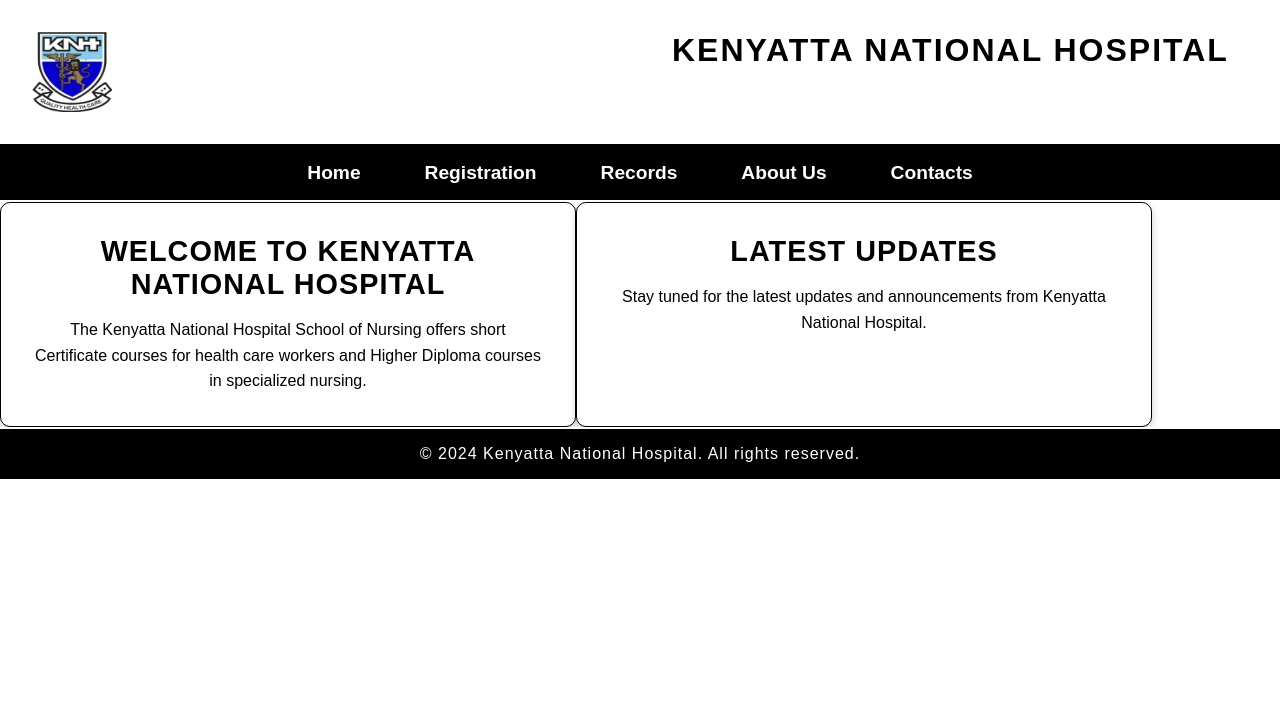
Repository: EphrahimLaanyu123/wsp
Page: index.html
An editor plug-in stored every save of this project. The page is shown before and after the next save, followed by the edit.
The browser window is 1280 px wide. The pictures show the whole page.

Above is the page before, as saved 2025-03-14 09:01:13.

After the next save:
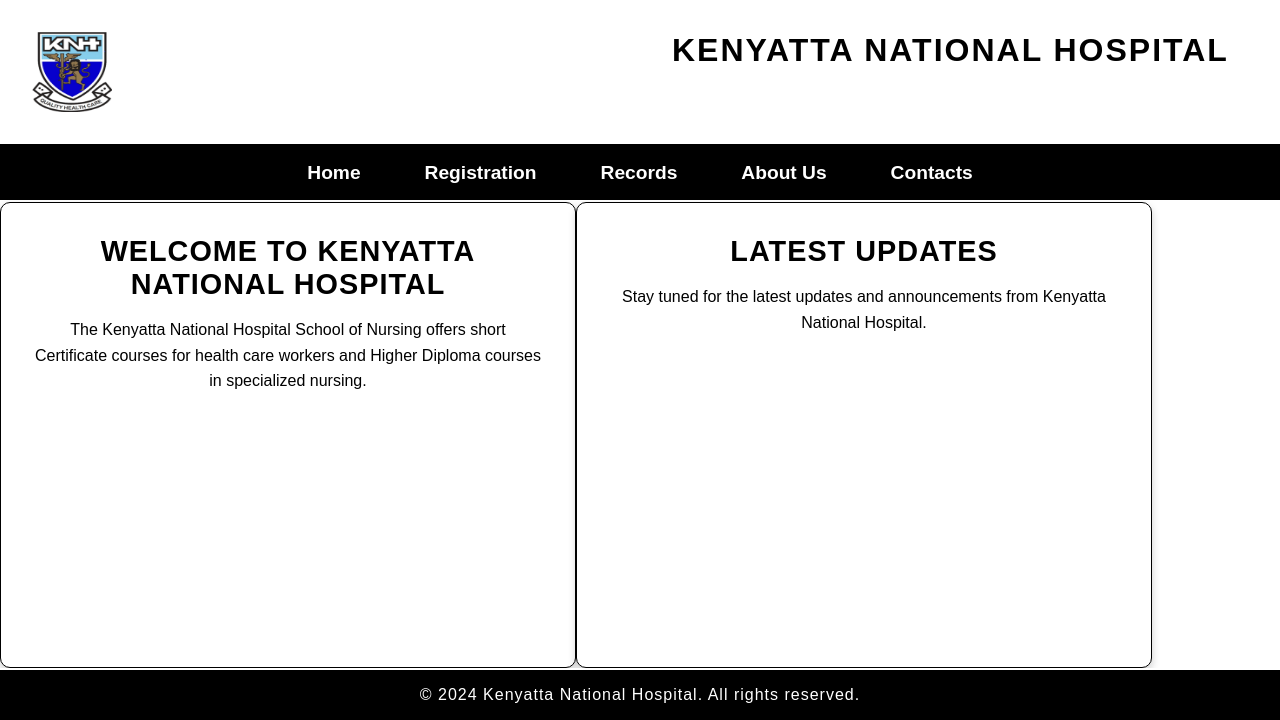
Saved 5 s later.
--- a/styles.css
+++ b/styles.css
@@ -70,7 +70,8 @@
     color: black;
     box-shadow: 0 0 10px rgba(255, 255, 255, 0.5);
 }
-.sectionaside {\
+.sectionaside {
+    width: 100%;
     flex: 1;
     display: flex;
 }
